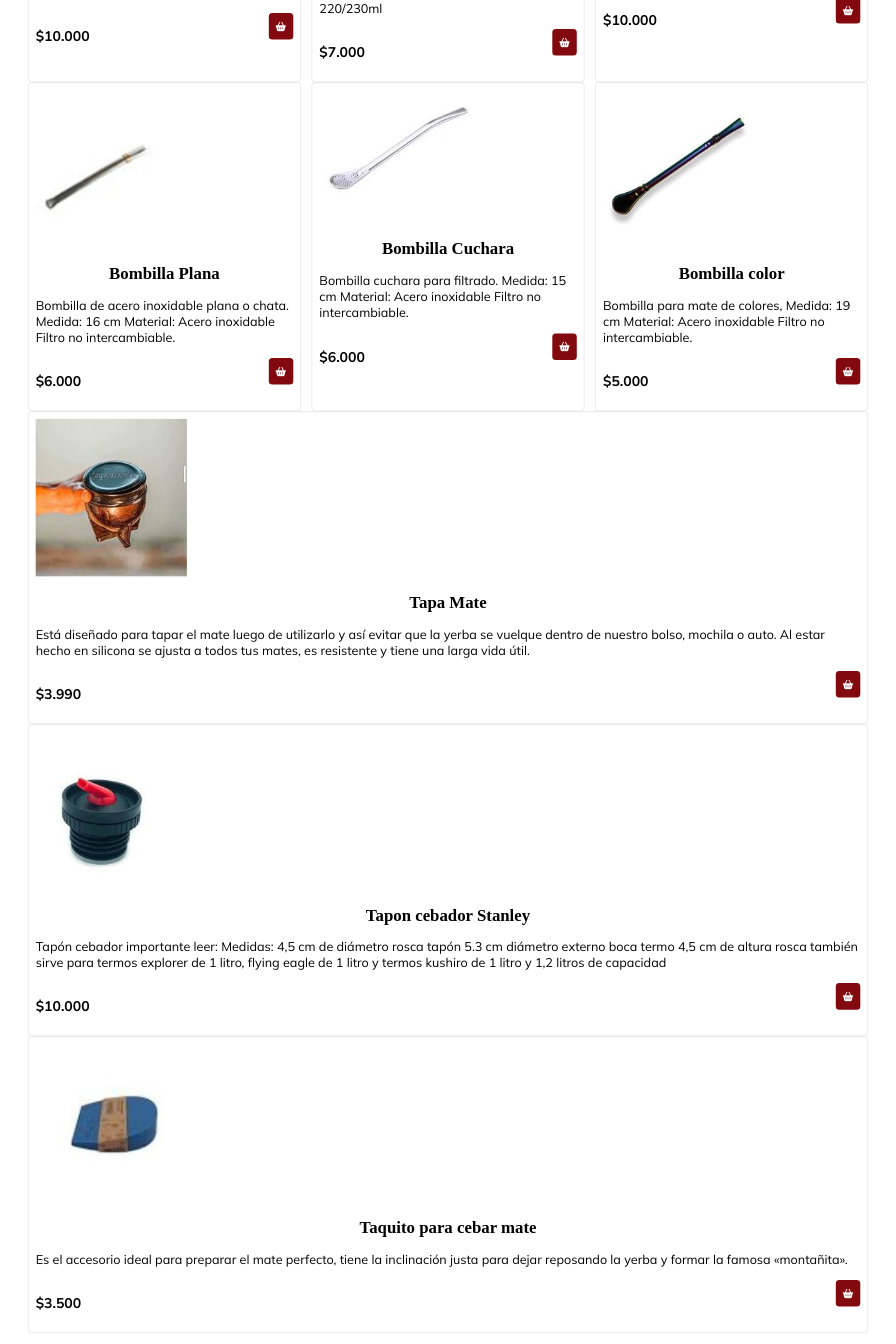
Repository: PiaTrujillo/LICANDEO-main
Page: index.html
The author's editor kept a copy of each file at every save. The page is drawn from the files as they stood at one save, then again after the next save.
The browser window is 1280 px wide. The pictures show the part of the page from y = 2648 to 4568 px (the page is 4568 px tall before and 3811 px after), at 70% of full size.
A picture or video elsewhere on the page could not be fetched, so the positions and the page height are approximate. Some web fonts or font styles are not loaded; a fallback is used. Some web libraries are served in a nearby version.

Above is the page before, as saved 2023-05-12 18:09:34.

After the next save:
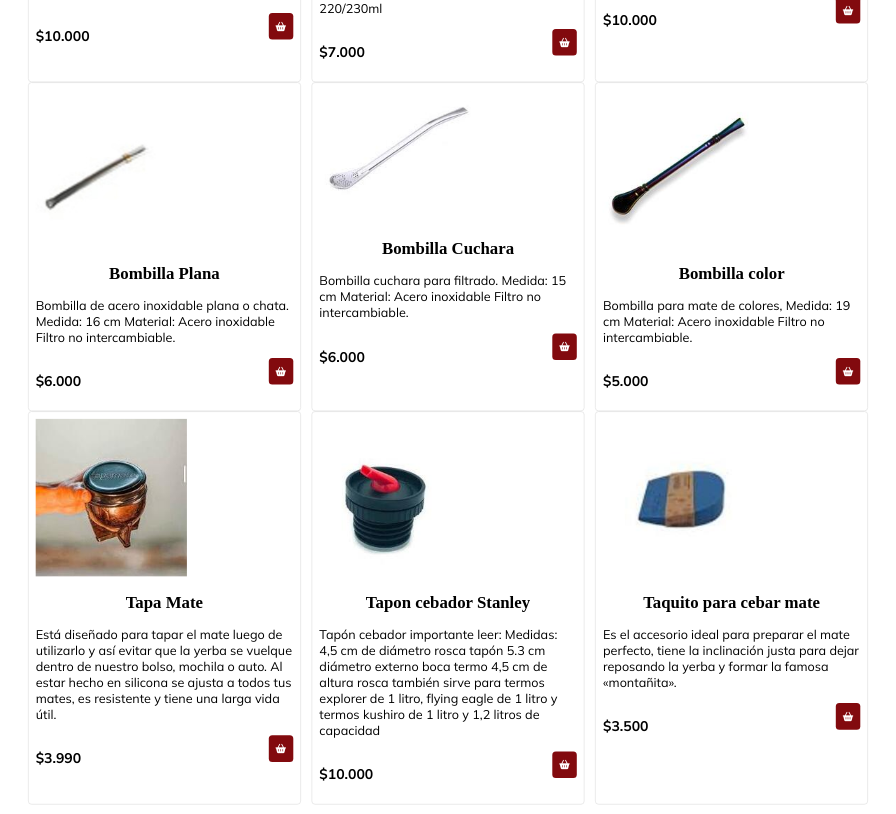
Saved 51 s later.
--- a/index.html
+++ b/index.html
@@ -262,51 +262,48 @@
             <button><i class="fas fa-shopping-basket"></i></button>
           </div>
         </div>
-      </div>
-      <div class="producto" data-producto="accesorios">
-        <img data-src="/imag/tapamate.jpg" alt="tapamate" />
-        <h2>Tapa Mate</h2>
-        <p>
-          Está diseñado para tapar el mate luego de utilizarlo y así evitar que
-          la yerba se vuelque dentro de nuestro bolso, mochila o auto. Al estar
-          hecho en silicona se ajusta a todos tus mates, es resistente y tiene
-          una larga vida útil.
-        </p>
-        <div class="precio">
-          <p>$3.990</p>
-          <button><i class="fas fa-shopping-basket"></i></button>
-        </div>
-      </div>
-    </div>
-      <div class="producto" data-producto="accesorios">
-        <img data-src="/imag/taponcebador.jpg" alt="taponcebador" />
-        <h2>Tapon cebador Stanley</h2>
-        <p>
-          Tapón cebador importante leer: Medidas: 4,5 cm de diámetro rosca tapón
-          5.3 cm diámetro externo boca termo 4,5 cm de altura rosca también
-          sirve para termos explorer de 1 litro, flying eagle de 1 litro y
-          termos kushiro de 1 litro y 1,2 litros de capacidad
-        </p>
-        <div class="precio">
-          <p>$10.000</p>
-          <button><i class="fas fa-shopping-basket"></i></button>
-        </div>
-      </div>
-    </div>
-      <div class="producto" data-producto="accesorios">
-        <img data-src="/imag/taquito.jpg" alt="taquito" />
-        <h2>Taquito para cebar mate</h2>
-        <p>
-          Es el accesorio ideal para preparar el mate perfecto, tiene la
-          inclinación justa para dejar reposando la yerba y formar la famosa
-          «montañita».
-        </p>
-        <div class="precio">
-          <p>$3.500</p>
-          <button><i class="fas fa-shopping-basket"></i></button>
-        </div>
-      </div>
-    </div>
+        <div class="producto" data-producto="accesorios">
+          <img data-src="/imag/tapamate.jpg" alt="tapamate" />
+          <h2>Tapa Mate</h2>
+          <p>
+            Está diseñado para tapar el mate luego de utilizarlo y así evitar
+            que la yerba se vuelque dentro de nuestro bolso, mochila o auto. Al
+            estar hecho en silicona se ajusta a todos tus mates, es resistente y
+            tiene una larga vida útil.
+          </p>
+          <div class="precio">
+            <p>$3.990</p>
+            <button><i class="fas fa-shopping-basket"></i></button>
+          </div>
+        </div>
+        <div class="producto" data-producto="accesorios">
+          <img data-src="/imag/taponcebador.jpg" alt="taponcebador" />
+          <h2>Tapon cebador Stanley</h2>
+          <p>
+            Tapón cebador importante leer: Medidas: 4,5 cm de diámetro rosca
+            tapón 5.3 cm diámetro externo boca termo 4,5 cm de altura rosca
+            también sirve para termos explorer de 1 litro, flying eagle de 1
+            litro y termos kushiro de 1 litro y 1,2 litros de capacidad
+          </p>
+          <div class="precio">
+            <p>$10.000</p>
+            <button><i class="fas fa-shopping-basket"></i></button>
+          </div>
+        </div>
+        <div class="producto" data-producto="accesorios">
+          <img data-src="/imag/taquito.jpg" alt="taquito" />
+          <h2>Taquito para cebar mate</h2>
+          <p>
+            Es el accesorio ideal para preparar el mate perfecto, tiene la
+            inclinación justa para dejar reposando la yerba y formar la famosa
+            «montañita».
+          </p>
+          <div class="precio">
+            <p>$3.500</p>
+            <button><i class="fas fa-shopping-basket"></i></button>
+          </div>
+        </div>
+      </div>
     </section>
     <!--Se enlaza Js con Css-->
     <script src="js/app.js"></script>
